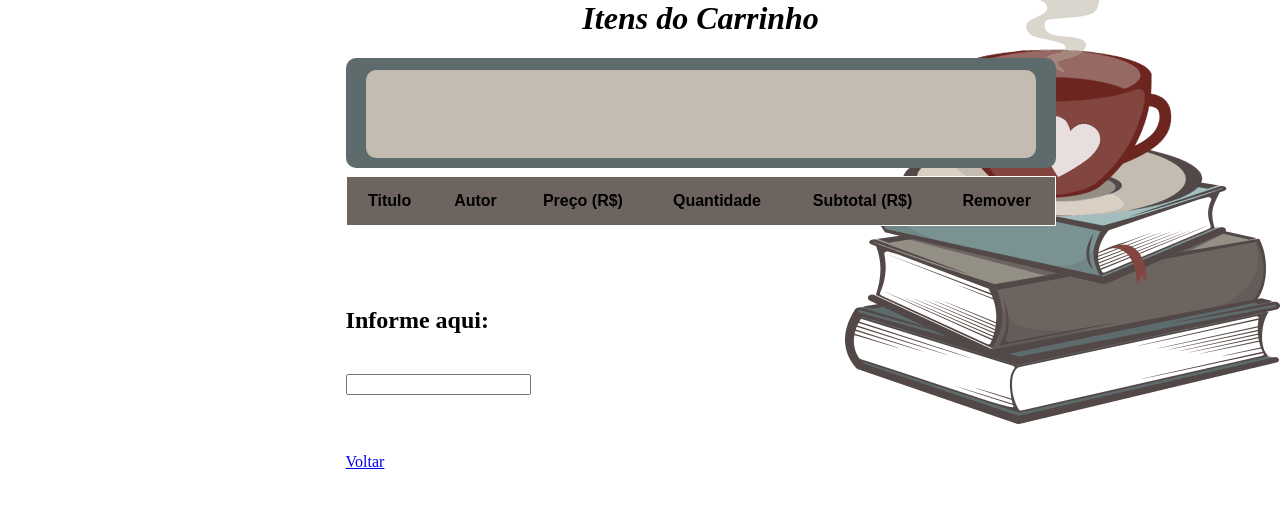
Repository: gabriellacrystina/ProjetoTegra
Page: http://localhost/book-store/meuCarrinho.jsp
An editor plug-in stored every save of this project. The page is shown before and after the next save, followed by the edit.
The browser window is 1280 px wide. The pictures show the whole page.
The page is served by Tomcat 9. Nobody is signed in. The application's start-up code is not run. The template is opened directly, without the code that normally fills it, so the values that code supplies are empty.

Above is the page before, as saved 2016-07-07 19:12:10.

After the next save:
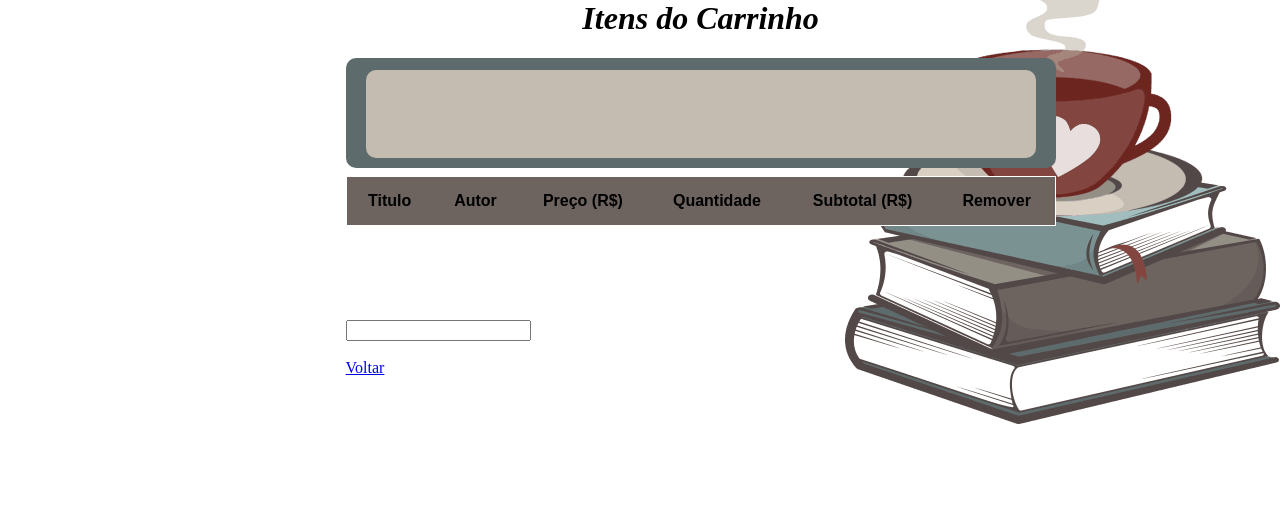
Saved 28 s later.
--- a/book-store/WebContent/meuCarrinho.jsp
+++ b/book-store/WebContent/meuCarrinho.jsp
@@ -45,7 +45,7 @@
 			</table>
 			<div>
 				<h3>Possui cumpom de desconto?</h3>
-					<h5>Informe aqui: <h5>
+					<p>Informe aqui: </p>
 						<input type="text" maxlength="15">
 			</div>
 
